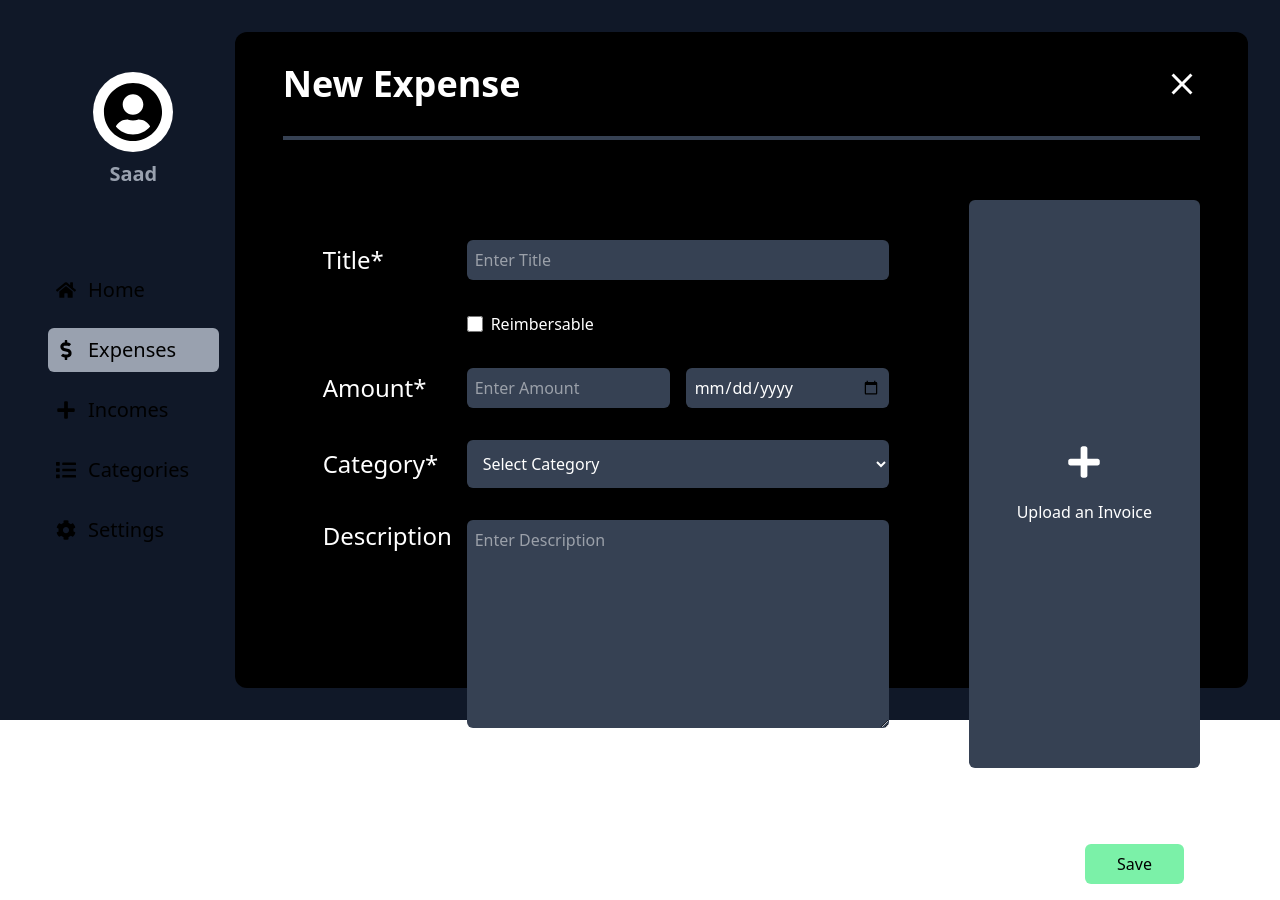
Repository: saad-naveed-brainx/Expense
Page: /expenses
These files come from the project's save history. The page is drawn as it stood at one moment and after a run of saves; the edit follows.
The browser window is 1280 px wide. The pictures show the whole page.
The project was rebuilt for these pictures with package versions that can differ from the ones it lists, and the page was loaded fresh each time. Also part of the build but not shown: vite.config.js, src/components/LandingPage.jsx, src/components/NotUsed.jsx.

Above is the page before, as saved 2025-09-04 17:47:11.

After the next 4 saves:
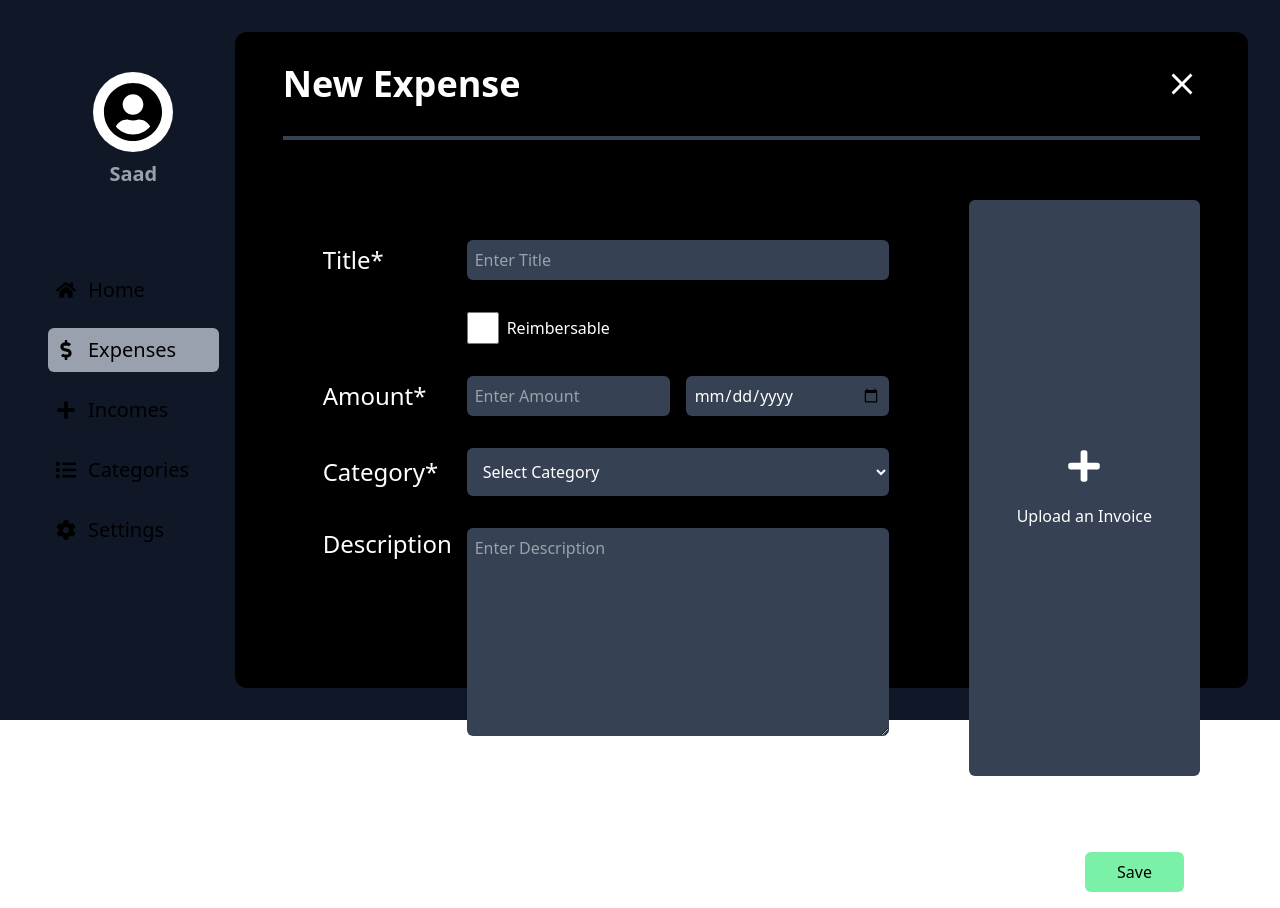
The 4 saves are shown as one change because they came seconds apart.
The last was saved 10 s later.
--- a/src/components/Expenses.jsx
+++ b/src/components/Expenses.jsx
@@ -35,7 +35,7 @@
             <div className='flex gap-4 items-center'>
               <div className='w-32 shrink-0'></div>
               <div className='flex items-center gap-2 flex-1'>
-                <input type="checkbox" name="reimbersable" id="reimbersable" className='w-4 h-4 p-12' {...register("reimbersable")} />
+                <input type="checkbox" name="reimbersable" id="reimbersable" className='w-8 h-8' {...register("reimbersable")} />
                 <label htmlFor="reimbersable">Reimbersable</label>
               </div>
             </div>

After the save that followed:
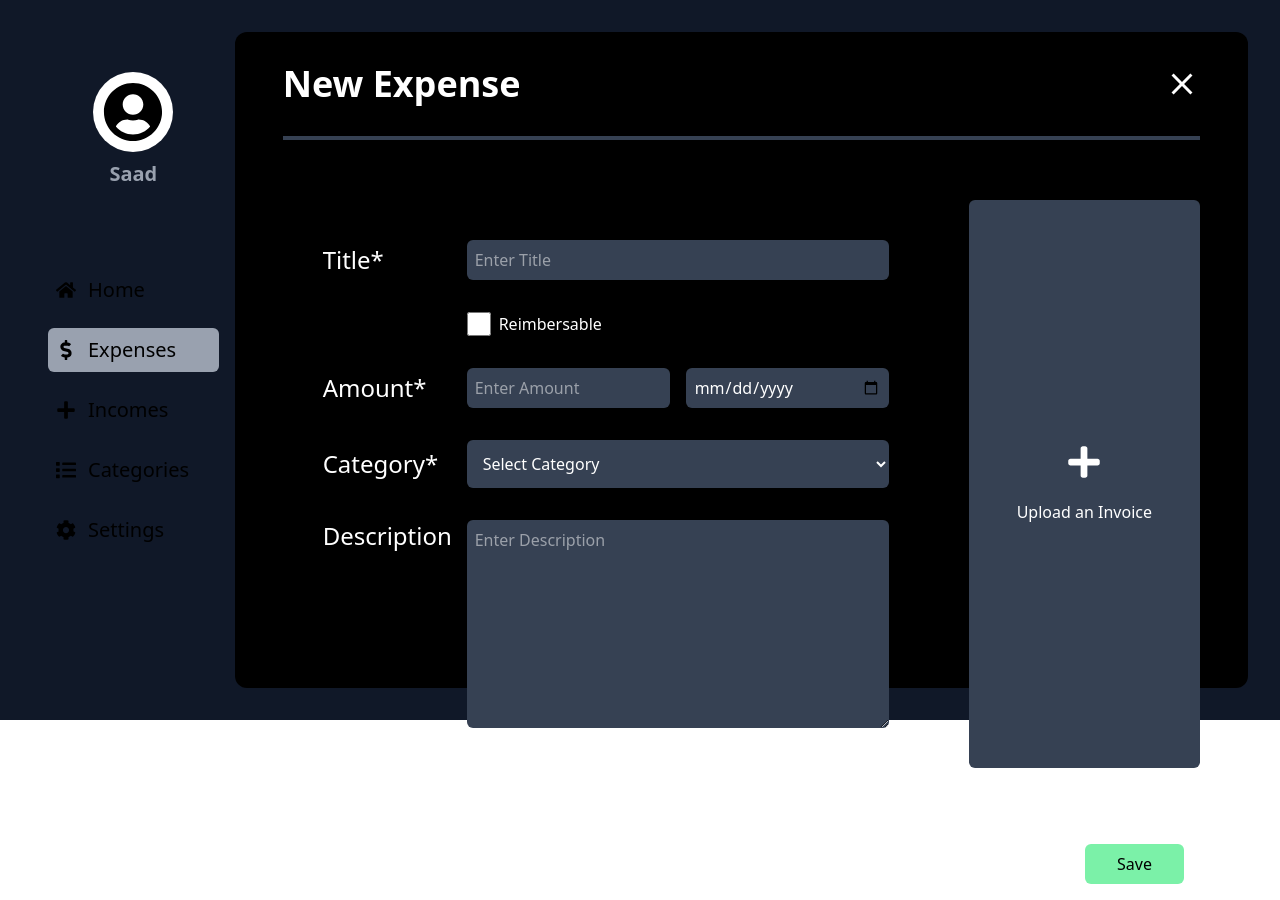
Saved 5 s later.
--- a/src/components/Expenses.jsx
+++ b/src/components/Expenses.jsx
@@ -35,7 +35,7 @@
             <div className='flex gap-4 items-center'>
               <div className='w-32 shrink-0'></div>
               <div className='flex items-center gap-2 flex-1'>
-                <input type="checkbox" name="reimbersable" id="reimbersable" className='w-8 h-8' {...register("reimbersable")} />
+                <input type="checkbox" name="reimbersable" id="reimbersable" className='w-6 h-6' {...register("reimbersable")} />
                 <label htmlFor="reimbersable">Reimbersable</label>
               </div>
             </div>
